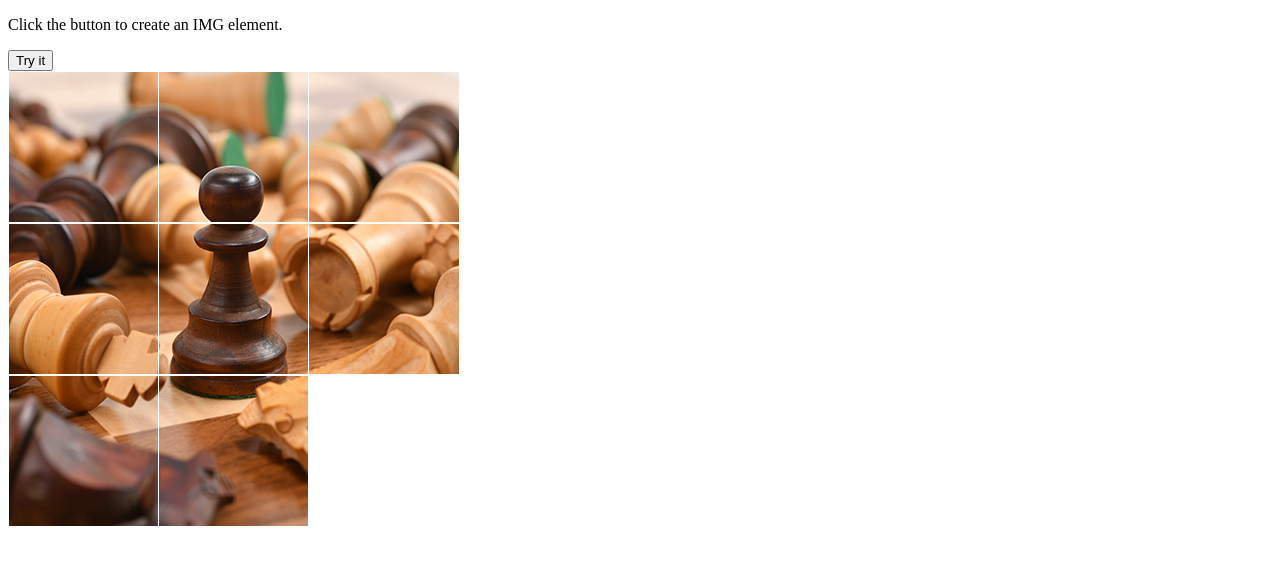
Repository: rashmikagamage/puzzle-vanila-js
Page: index.html
These files come from the project's save history. The page is drawn as it stood at one moment and after the next save; the edit follows.
The browser window is 1280 px wide. The pictures show the whole page.

Above is the page before, as saved 2020-08-06 10:25:32.

### index.html
<!DOCTYPE html>
<html>

<head>
    <link rel="stylesheet" type="text/css" href="./style.css">
</head>

<body>

    <p>Click the button to create an IMG element.</p>

    <button onclick="myFunction(5)">Try it</button>
    <div class="gridContainer" id="imgContainer"></div>
    <script src="./function.js">
    </script>

</body>

</html>

### style.css
.gridContainer {
    display: grid;
}

### function.js
let cells = [];
let cellsCopy = []
let dragElement;
let moves = 0;
let num;

function myFunction(num) {
    for (let i = 0; i < num * num; i++) {
        cells.push(i);
    }
    cells.push(0);
    cellsCopy = [...cells];
    let cellSize = 450 / num + "px";
    let diff = 100 / num;
    let grid = "";
    let row = num;
    let col = num;
    let idCount = 1;

    for (let i = 0; i < num; i++) {
        grid = grid + cellSize + " ";
    }

    document.getElementById("imgContainer").style.gridTemplateColumns = grid;
    let yPosition = 0;
    for (let i = 0; i < row; i++) {

        let xPosition = 0;
        for (let j = 0; j < col; j++) {

            var x = document.createElement("div");
            x.style.width = cellSize;
            x.style.height = cellSize;
            x.style.border = "solid white 1px";
            x.setAttribute("id", "img" + idCount);
            if (idCount == (num * num)) {

                x.style.backgroundColor = "white";
            } else {

                x.style.backgroundImage = "url('./chess.jpg')"

            }
            x.style.backgroundPosition = xPosition + "% " + yPosition + "%";
            x.draggable = "true";
            x.addEventListener("dragstart", () => drag(event))
            x.addEventListener("dragover", () => allowDrop(event))
            x.addEventListener("drop", () => move(event))
            document.getElementById("imgContainer").appendChild(x);
            xPosition = xPosition + (100 / (num - 1));
            idCount++;
        }
        yPosition = yPosition + (100 / (num - 1));
    }
}

function build() {
    var flag = true;
    for (let i = 0; i < 9; i++) {
        cell = "i" + i;
        document.getElementById(cell).src = './puzzle-imgs/' + cells[i] + '.jpg';
    }

    //if array equals to starting array user wins
    for (let i = 0; i < cellsCopy.length; i++) {
        if (cells[i] != cellsCopy[i]) {
            flag = false;
            break;
        }
    }
    if (flag == true && moves > 0) {
        won();
    }
}


function allowDrop(ev) {
    ev.preventDefault();
}

function drag(ev) {
    ev.dataTransfer.setData("contain", ev.target.id);
    console.log(ev.target.id.substring(3))
    dragElement = parseInt(event.target.id.substring(3));
}

function move(ev) {

    dropElement = parseInt(event.target.id.substring(3));
    console.log(dropElement)
    let flag = false;
    console.log(cells)
        //handling right moves
    if (dragElement % num < (num) && cells[dropElement] == 0) {
        if (cells[dragElement + 1] == 0) {
            temp = cells[dragElement];
            cells[dragElement] = 0;
            cells[dropElement] = temp;
            flag = true;
            moves++;
            let _tmp = window.getComputedStyle(demo, null).backgroundPosition.trim().split(/\s+/);
            let positions = {
                'left': _tmp[0],
                'top': _tmp[1]
            };
            console.log(positions.left)
            console.log(positions.right)
                //;
        }
    }

    //handling down moves
    if (dragElement < ((num * num) - num) && cells[dropElement] == 0) {
        if (cells[dragElement + num] == 0) {
            temp = cells[dragElement];
            cells[dragElement] = 0;
            cells[dropElement] = temp;
            flag = true;
            moves++;
            build();
        }
    }

    //handling up moves
    if (dragElement < (num * num) && dragElement > num && cells[dropElement] == 0) {
        if (cells[dragElement - 3] == 0) {
            temp = cells[dragElement];
            cells[dragElement] = 0;
            cells[dropElement] = temp;
            flag = true;
            moves++;
            build();
        }
    }

    //handling left moves
    if (dragElement % num > 1 && cells[dropElement] == 0) {
        if (cells[dragElement - 1] == 0) {
            temp = cells[dragElement];
            cells[dragElement] = 0;
            cells[dropElement] = temp;
            moves++;
            flag = true;
            build();
        }
    }
    if (flag == false) {
        alert("Can not be Moved");
    }
}

function build() {
    var flag = true;
    for (let i = 0; i < 9; i++) {

    }

    //if array equals to starting array user wins
    for (let i = 0; i < cellsCopy.length; i++) {
        if (cells[i] != cellsCopy[i]) {
            flag = false;
            break;
        }
    }
    if (flag == true && moves > 0) {
        won();
    }
}
myFunction(3);

After the next save:
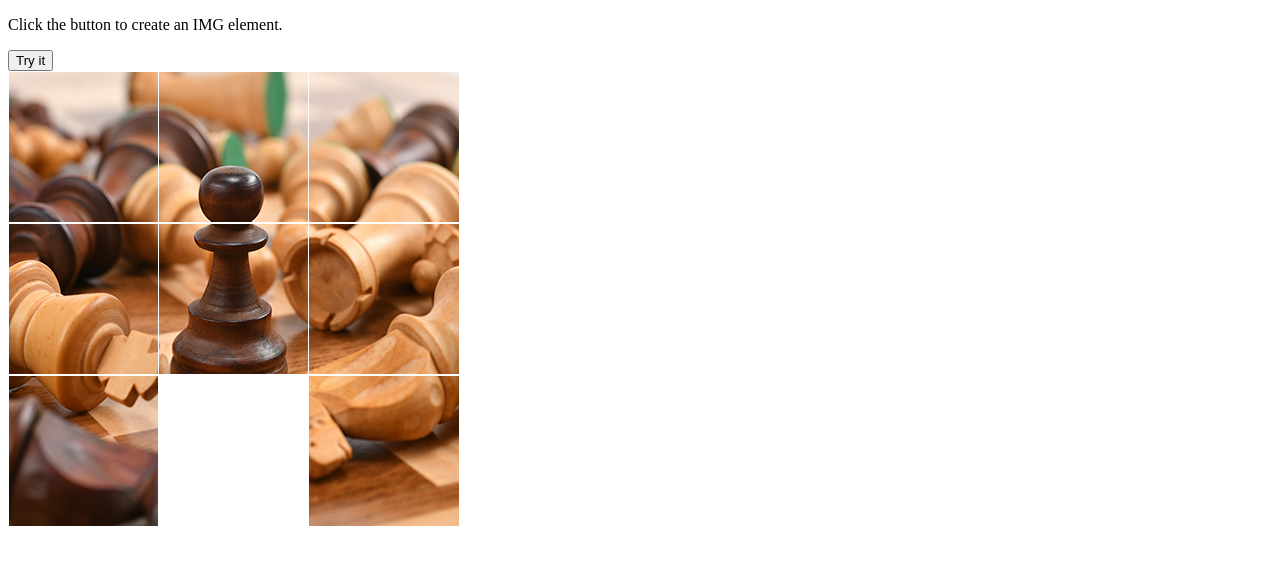
Saved 15 s later.
--- a/function.js
+++ b/function.js
@@ -33,7 +33,7 @@
             x.style.height = cellSize;
             x.style.border = "solid white 1px";
             x.setAttribute("id", "img" + idCount);
-            if (idCount == (num * num)) {
+            if (idCount == (num * num) - 1) {
 
                 x.style.backgroundColor = "white";
             } else {

After the save that followed:
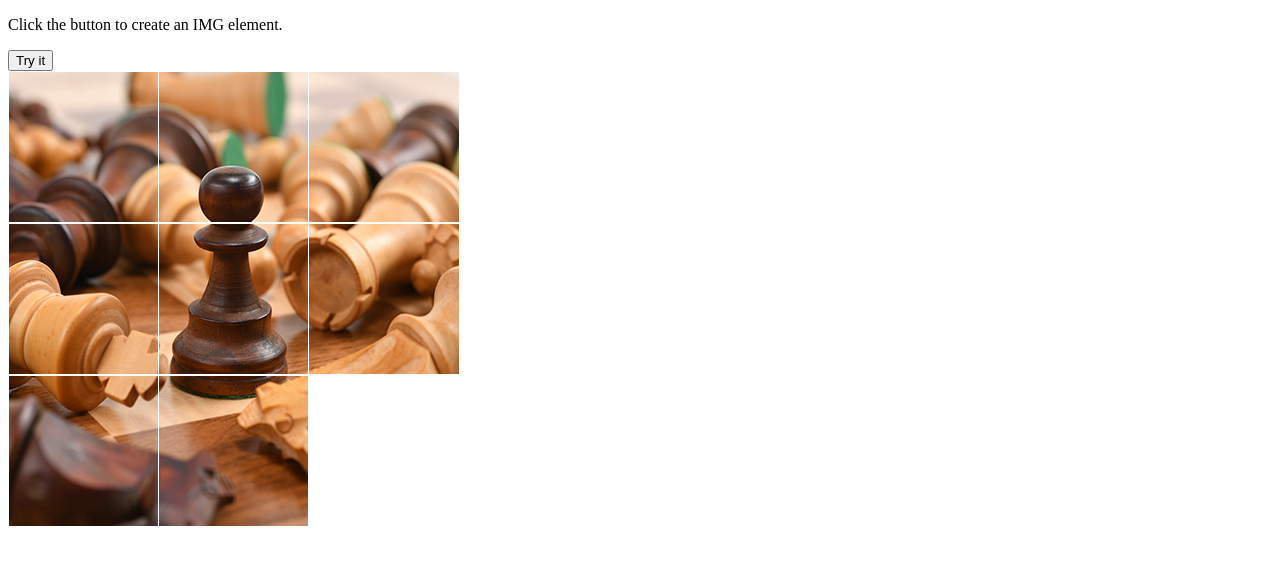
Saved 6 s later.
--- a/function.js
+++ b/function.js
@@ -33,7 +33,7 @@
             x.style.height = cellSize;
             x.style.border = "solid white 1px";
             x.setAttribute("id", "img" + idCount);
-            if (idCount == (num * num) - 1) {
+            if (idCount == (num * num)) {
 
                 x.style.backgroundColor = "white";
             } else {
